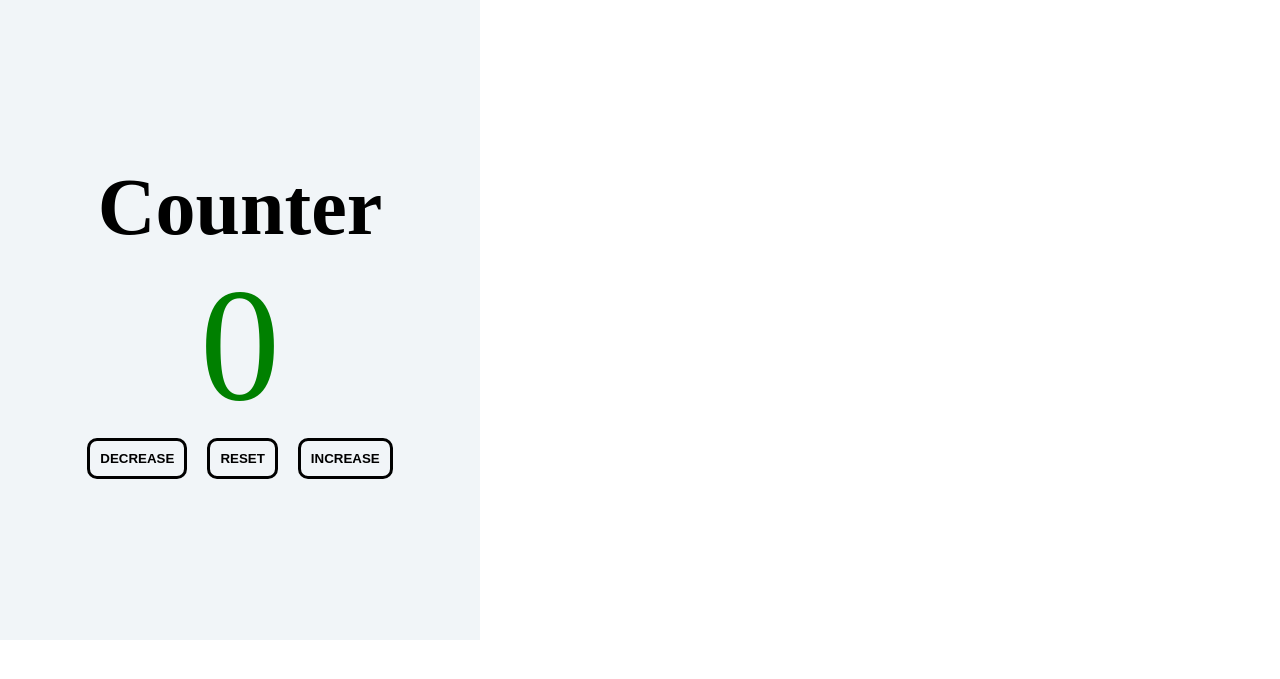
Repository: imokha01/createCounter
Page: index.html
The author's editor kept a copy of each file at every save. The page is drawn from the files as they stood at one save, then again after a run of saves.
The browser window is 1280 px wide. The pictures show the whole page.

Above is the page before, as saved 2024-01-17 17:10:09.

After the next 2 saves:
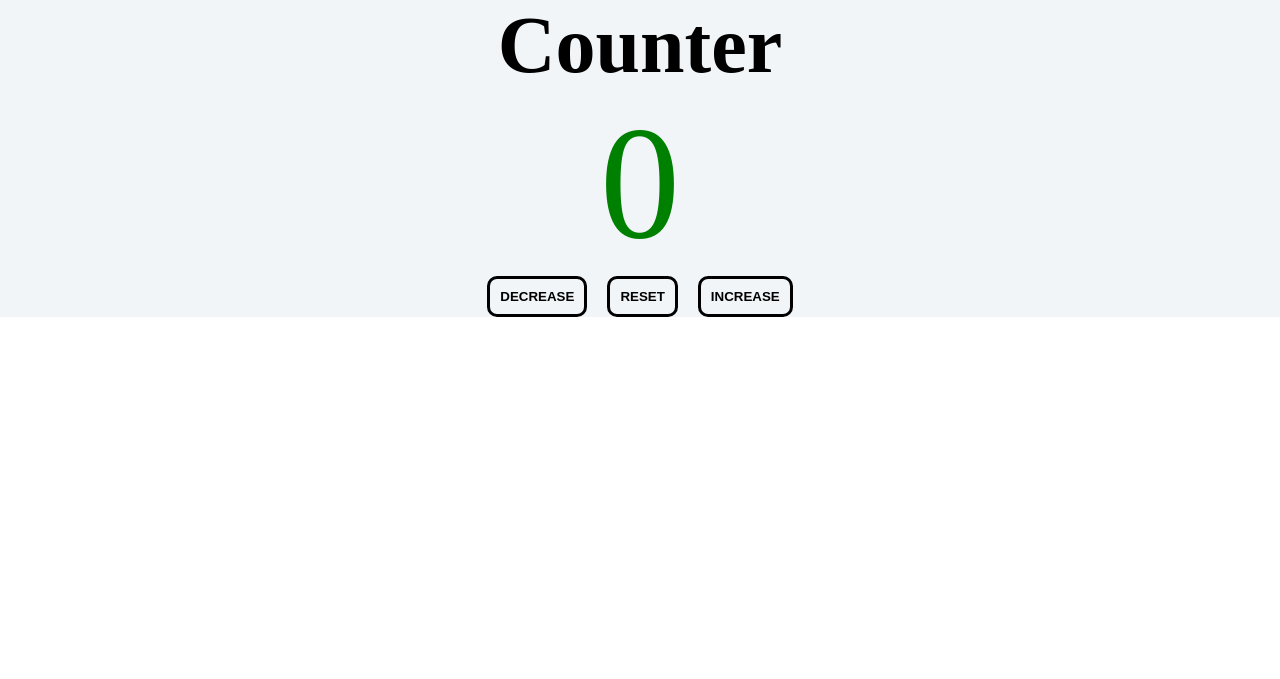
The 2 saves are shown as one change because they came seconds apart.
The last was saved 23 s later.
--- a/style.css
+++ b/style.css
@@ -4,15 +4,14 @@
     box-sizing: border-box;
 }
 
-
+body
 .main {
     display: flex;
     flex-direction: column;
     justify-content: center;
     align-items: center;
     background-color: #f1f5f8;
-    width: 30rem;
-    height: 40rem;
+
 }
 
 h1 {
